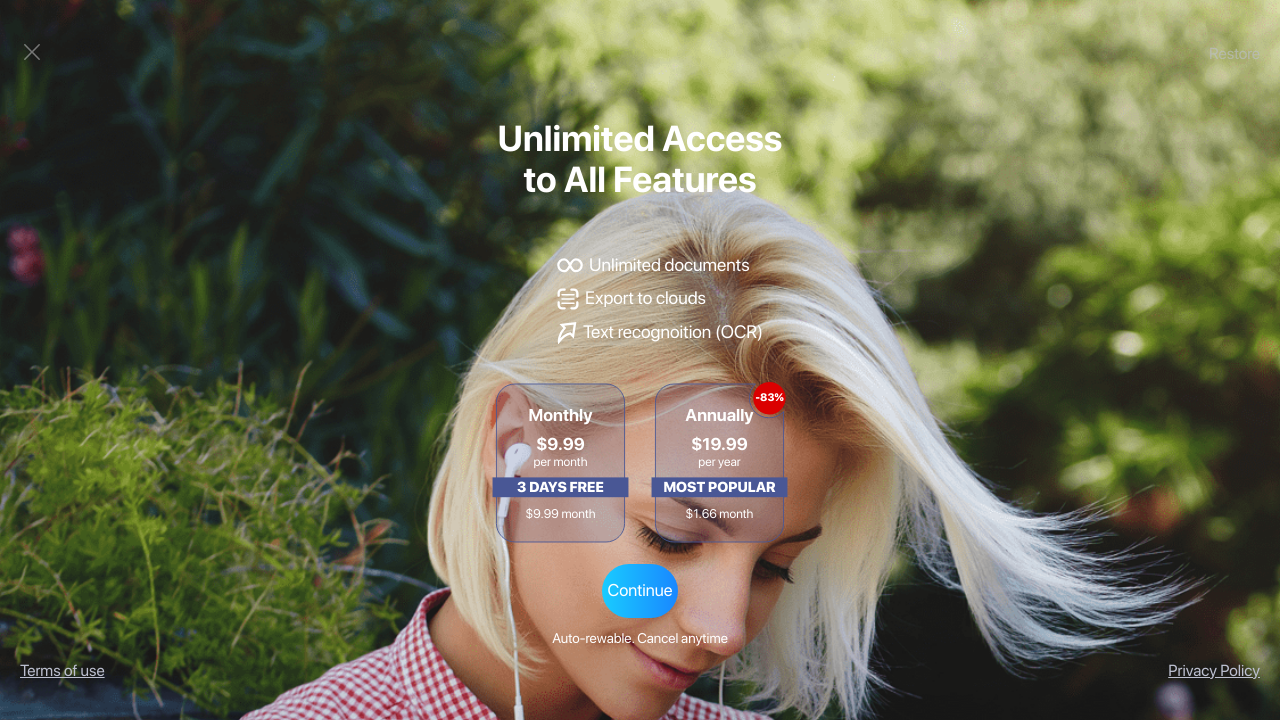
Repository: Ivan0195/bp-banner
Page: /
An editor plug-in stored every save of this project. The page is shown before and after a run of saves, followed by the edit.
The browser window is 1280 px wide. The pictures show the whole page.
The project was rebuilt for these pictures with package versions that can differ from the ones it lists, and the page was loaded fresh each time. Also part of the build but not shown: webpack.config.js.

Above is the page before, as saved 2023-03-17 11:17:36.

### src/index.html
<!DOCTYPE html>
<html lang="en">

<head>
  <meta charset="UTF-8">
  <meta http-equiv="X-UA-Compatible" content="IE=edge">
  <meta name="viewport" content="width=device-width, initial-scale=1.0">
  <link rel="icon" href="img/favicon.png" type="image/png">
  <title>BP-mobile</title>
</head>

<body>


  <header>
    <a href="#"><img src="/src/img/close.svg" alt="close"></a>
    <a href="#" class="restore">Restore</a>
  </header>


  <main>

    <h1 class="titleText">Unlimited Access to All Features</h1>

    <ul>
      <li>
        <img src="/src/img/unlimitedDocs.svg"/>
        Unlimited documents
      </li>
      <li><img src="/src/img/noAds.svg" />Export to clouds</li>
      <li><img src="/src/img/export.svg" />Text recognoition (OCR)</li>
    </ul>

    <div class="subscriptionsBlock">

      <div id="month" class="subscriptionMonthlyBlock">
        <span class="title">Monthly</span>
        <div class="subscriptionPriceBlock">
          <span class="bigPrice">$9.99</span>
          <span class="smallText">per month</span>
        </div>
        <span class="promotionLine">3 days free</span>
        <span class="smallText">$9.99 month</span>
      </div>

      <div id="year" class="subscriptionAnnualyBlock">
        <div class="discountTag">-83%</div>
        <span class="title">Annually</span>
        <div class="subscriptionPriceBlock">
          <span class="bigPrice">$19.99</span>
          <span class="smallText">per year</span>
        </div>
        <span class="promotionLine">most popular</span>
        <span class="smallText">$1.66 month</span>
      </div>

    </div>

    <form id="button" style={{w}} >
      <input class="continueButton" type="submit" value="Continue"/>
    </form>
      <span class="smallText">Auto-rewable. Cancel anytime</span>
  </main>


  <footer>
    <a href='#'>Terms of use</a>
    <a href='#'>Privacy Policy</a>
  </footer>


</body>
</html>

### src/index.js
import './index.html';
import './index.scss';

const month = document.getElementById('month');
const year = document.getElementById('year');
const button = document.getElementById('button');

const onElementSelect = (element, target, link) => {
    element.style.scale = 0.9;
    element.style.opacity = 0.5;
    target.style.scale = 1;
    target.style.opacity = 1;
    button.action = link;
}

month.onclick = () => onElementSelect(year, month, 'https://apple.com/');
year.onclick = () => onElementSelect(month, year, 'https://google.com/ ');

### src/style/_fonts.scss
@font-face {
  font-family: 'SFPro';
  src: url('../fonts/SFProDisplay-Regular.woff2') format('woff2'),
    url('../fonts/SFProDisplay-Regular.woff') format('woff');
}

@font-face {
  font-family: 'SFPro-Bold';
    src: url('../fonts/SFProDisplay-Bold.woff2') format('woff2'),
      url('../fonts/SFProDisplay-Bold.woff') format('woff');
  }

  @font-face {
    font-family: 'SFPro-Heavy';
    src: url('../fonts/SFProDisplay-Heavy.woff2') format('woff2'),
      url('../fonts/SFProDisplay-Heavy.woff') format('woff');
  }

### src/style/_var.scss
$textPrimary: #FFFFFF;
$textSecondary: #BDC0D0;
@mixin FlexCenter {
    display: flex;
    align-items: center;
    justify-content: center;
}

### src/style/_style.scss
body {
  font-family: 'SFPro';
  color: $textPrimary;
  background-image: url("/src/img/background-image.png");
  background-size: cover;
  padding: 40px 20px;
  display: flex;
  flex-direction: column;
  align-items: center;
  justify-content: space-between;
  box-sizing: border-box;
  height: 100vh;
}

header {
  @include FlexCenter;
  justify-content: space-between;
  width: 100%;
}

main {
  @include FlexCenter;
  flex-direction: column;
  justify-content: flex-end;
  height: 100%;
  row-gap: 12px;
  padding-bottom: 16px;
}

ul {
  list-style-type: none;
  font-size: 18px;
  display: flex;
  flex-direction: column;
  row-gap: 12px;
}

li {
  display: flex;
  column-gap: 6px;
}

footer {
  width: 100%;
  @include FlexCenter;
  justify-content: space-between;
  color: $textSecondary;
  text-decoration: underline;
}

a {
  text-decoration: none;
  color: $textSecondary;
}

a:visited {
  text-decoration: none;
  color: $textSecondary;
}

.restore {
opacity: 0.6;
}

.titleText {
  width: 286px;
  text-align: center;
  font-family: 'SFPro-Bold';
  font-size: 36px;
}

.subscriptionsBlock {
  @include FlexCenter;
  column-gap: 8px;
}

.subscriptionMonthlyBlock {
  @include FlexCenter;
  flex-direction: column;
  row-gap: 10px;
  background-image: url('/src/img/shape-1.svg');
  height: 178px;
  width: 151px;
  background-size: contain;
  background-repeat: no-repeat;
  background-position: top;
  scale: 0.9;
  transition: all .5s
}

.subscriptionAnnualyBlock {
  position: relative;
  @extend .subscriptionMonthlyBlock;
  background-image: url('/src/img/shape-2.svg');
}

.subscriptionPriceBlock {
  @include FlexCenter;
  flex-direction: column;
}

.title {
  font-family: 'SFPro-bold';
    font-size: 19px;
}

.bigPrice {
  font-family: 'SFPro-bold';
  font-size: 19px;
}

.promotionLine {
  @include FlexCenter;
  background-color: #495795;
  width: 100%;
  text-align: center;
  font-family: 'SFPro-Heavy';
  text-transform: uppercase;
  height: 22px;
}

.smallText {
  font-size: 14px
}

.discountTag {
  @include FlexCenter;
  height: 36px;
  width: 36px;
  border-radius: 50%;
  background-color: #DB0000;
  position: absolute;
  font-family: 'SFPro-Heavy';
  font-size: 12px;
  top: -1px;
  right: 2px;
}

.continueButton {
  @include FlexCenter;
  width: 100%;
  background: linear-gradient(270deg, #1987FF 0%, #19CCFF 100%);
  border: none;
  height: 54px;
  border-radius: 27px;
  font-family: 'SFPro';
  font-size: 17px;
  color: $textPrimary
}

Loaded but not shown: src/index.scss (common file)

After the next 4 saves:
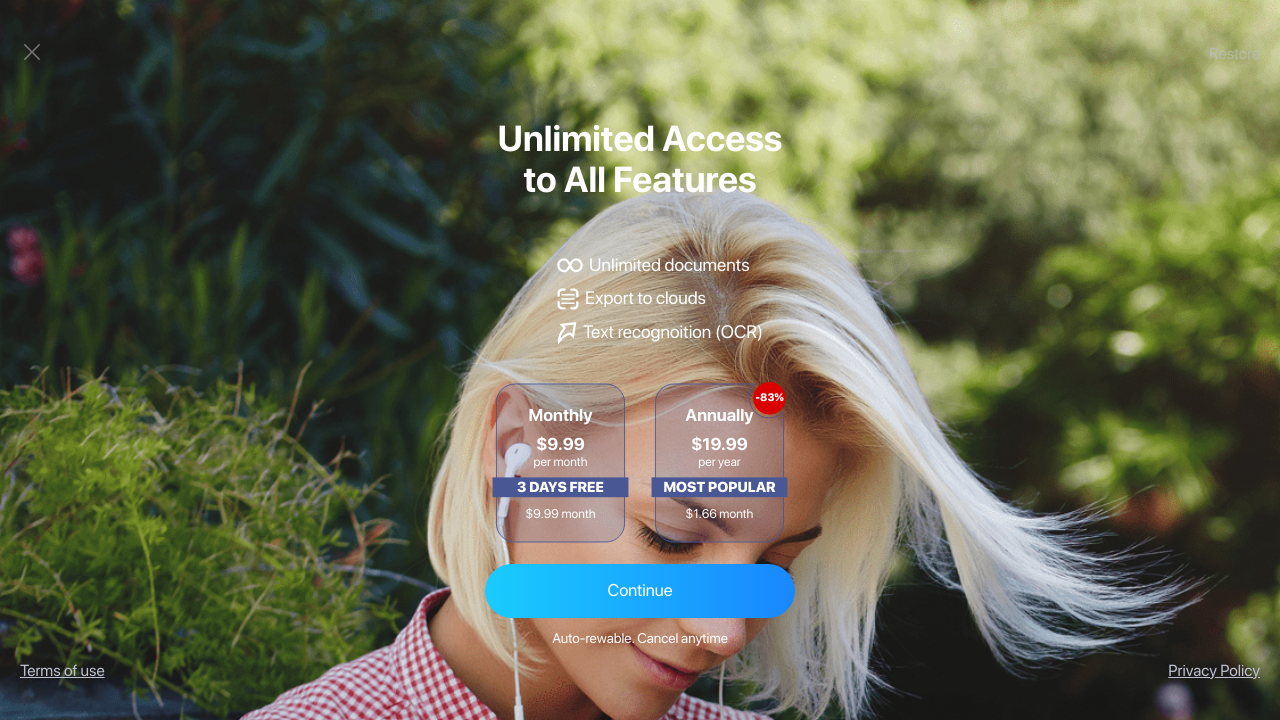
The 4 saves are shown as one change because they came seconds apart.
The last was saved 10 s later.
--- a/src/index.html
+++ b/src/index.html
@@ -56,7 +56,7 @@
 
     </div>
 
-    <form id="button" style={{w}} >
+    <form id="button" style="width: 100%;" >
       <input class="continueButton" type="submit" value="Continue"/>
     </form>
       <span class="smallText">Auto-rewable. Cancel anytime</span>
